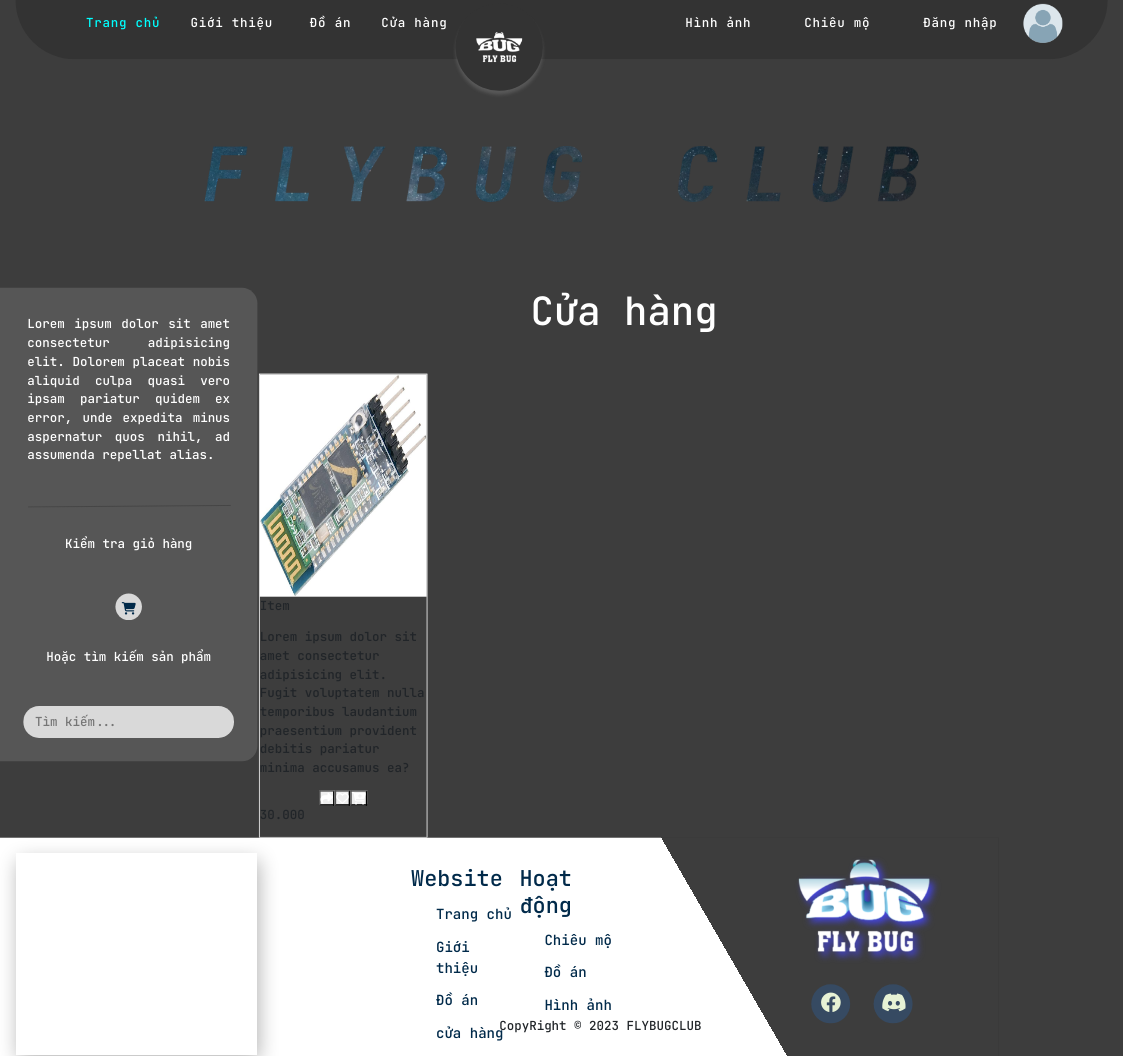
Repository: NQD2308/FlyBugClub_WebApp
Page: PROJECT FLYNUG/html/store.html
These files come from the project's save history. The page is drawn as it stood at one moment and after the next save; the edit follows.
The browser window is 1280 px wide. The page is 1440 px wide, so the pictures cover 1440 px, including what lies to the right of the window. The pictures show the whole page, at 78% of full size.
Pictures or frames that could not be fetched are drawn as grey boxes.

Above is the page before, as saved 2023-09-18 10:50:11.

### PROJECT FLYNUG/html/store.html
<html lang="en">

<head>
    <meta charset="UTF-8">
    <meta name="viewport" content="width=device-width, initial-scale=1.0">
    <title>Document</title>

    <!-- Bootrap 5 -->
    <link href="https://cdn.jsdelivr.net/npm/bootstrap@5.0.2/dist/css/bootstrap.min.css" rel="stylesheet" integrity="sha384-EVSTQN3/azprG1Anm3QDgpJLIm9Nao0Yz1ztcQTwFspd3yD65VohhpuuCOmLASjC" crossorigin="anonymous">

    <!-- Font awesome -->
    <link rel="stylesheet" href="https://cdnjs.cloudflare.com/ajax/libs/font-awesome/6.4.2/css/all.min.css" integrity="sha512-z3gLpd7yknf1YoNbCzqRKc4qyor8gaKU1qmn+CShxbuBusANI9QpRohGBreCFkKxLhei6S9CQXFEbbKuqLg0DA==" crossorigin="anonymous" referrerpolicy="no-referrer" />

    <!-- CSS -->
    <link rel="stylesheet" href="../css/style.css">
    <!-- Reset -->
    <link rel="stylesheet" href="../css/default_setting.css">

    <!-- JetBrains Mono font -->
    <link rel="preconnect" href="https://fonts.googleapis.com">
    <link rel="preconnect" href="https://fonts.gstatic.com" crossorigin>
    <link
        href="https://fonts.googleapis.com/css2?family=JetBrains+Mono:ital,wght@0,300;0,500;0,600;0,700;0,800;1,400&display=swap"
        rel="stylesheet">
</head>

<body>
    <!-- ========================
                #HEADER
        ========================-->
    <header>
        <div class="nav">
            <div class="nav__links">
                <ul class="nav__links-left">
                    <li><a class="active" href="#">Trang chủ</a></li>
                    <li><a href="#">Giới thiệu</li>
                    <li><a href="#">Đồ án</a></li>
                    <li><a href="#">Cửa hàng</a></li>
                </ul>
            </div>
            <div class="logo">
                <img src="../img/logo.png" alt="FlyBug logo">
            </div>
            <div class="nav__links">
                <ul class="nav__links-right">
                    <li><a href="#">Hình ảnh</a></li>
                    <li><a href="#">Chiêu mộ</a></li>
                    <li class="login"><a href="#">Đăng nhập</a></li>
                    <li class="login-Img">
                        <a href="#"><img src="../img/user.png" alt=""></a>
                    </li>
                </ul>
            </div>
        </div>
        <div class="text-logo">
            <img  src="../img/FLYBUG CLUB.png" alt="Photo logo">
        </div>
    </header>

    <section class="body">
        <div class="container">
            <div class="row">
                <div class="col col-md-3 left">
                    <div class="search">
                        <div class="store-note">
                            <p>Lorem ipsum dolor sit amet consectetur adipisicing elit. Dolorem placeat nobis aliquid culpa quasi vero ipsam pariatur quidem ex error, unde expedita minus aspernatur quos nihil, ad assumenda repellat alias.</p>
                        </div>
                        <div class="center">
                            <svg xmlns="http://www.w3.org/2000/svg" width="261" height="4" viewBox="0 0 261 4" fill="none">
                                <path d="M1 2.96216L260.993 0.99995" stroke="#3D3D3D" stroke-opacity="0.8"/>
                            </svg>
                        </div>
                        <div class="shopping-function">
                            <p>Kiểm tra giỏ hàng</p>
                            <div class="center ">
                                <button class="icon-shopping">
                                    <a href="#">
                                        <i class="fa-solid fa-cart-shopping"></i>
                                    </a>
                                </button>
                            </div>
                            <p>Hoặc tìm kiếm sản phẩm</p>
                            <div class="center">
                                <input type="text" placeholder="Tìm kiếm...">
                            </div>
                        </div>
                    </div>
                </div>
                <div class="col col-md-9 right">
                    <div class="store">
                        <h1>Cửa hàng</h1>
                        <div class="item-store">
                            <div class="row">
                                <div class="col col-md-3">
                                    <div class="item-card">
                                        <img src="../img/bluth.jpg" alt="Photo item store">
                                        <p>Item</p>
                                        <p>Lorem ipsum dolor sit amet consectetur adipisicing elit. Fugit voluptatem nulla temporibus laudantium praesentium provident debitis pariatur minima accusamus ea?</p>
                                        <div class="center">
                                            <button class="icon-share">
                                                <a href="#">
                                                    <i class="fa-solid fa-share"></i>
                                                </a>
                                            </button>
                                            <button class="icon-love">
                                                <a href="#">
                                                    <i class="fa-regular fa-heart"></i>
                                                </a>
                                            </button>
                                            <button class="icon-share">
                                                <a href="#">
                                                    <i class="fa-solid fa-cart-plus"></i>
                                                </a>
                                            </button>
                                        </div>
                                        <div class="item-price">
                                            <p>30.000</p>
                                        </div>
                                    </div>
                                </div>
                            </div>
                        </div>
                    </div>
                </div>
            </div>
        </div>
    </section>

 <!-- ========================
                #FOOTER
        ========================-->
    <footer class="footer">
        <div class="footer-left">
            <iframe class="ggmap" src="https://www.google.com/maps/embed?pb=!1m18!1m12!1m3!1d15678.190787267133!2d106.64595238715819!3d10.769299600000005!2m3!1f0!2f0!3f0!3m2!1i1024!2i768!4f13.1!3m3!1m2!1s0x31752f7c8bf050ff%3A0x4fa87595d124cc0c!2zVHLGsOG7nW5nIMSQ4bqhaSBo4buNYyBIb2EgU2VuIC0gQ8ahIHPhu58gVGjDoG5oIFRow6Fp!5e0!3m2!1svi!2s!4v1691345035899!5m2!1svi!2s" width="500" height="250" style="border:1;" allowfullscreen="" loading="lazy" referrerpolicy="no-referrer-when-downgrade"></iframe>
        </div>
        <ul class="footer-center">
            <li>
                <h3>Website</h3>

                <ul class="box">
                    <li><a href="#">Trang chủ</a></li>
                    <li><a href="#">Giới thiệu</a></li>
                    <li><a href="#">Đồ án</a></li>
                    <li><a href="#">cửa hàng</a></li>
                </ul>
            </li>
            <li>
                <h3>Hoạt động</h3>

                <ul class="box">
                    <li><a href="#">Chiêu mộ</a></li>
                    <li><a href="#">Đồ án</a></li>
                    <li><a href="#">Hình ảnh</a></li>
                </ul>
            </li>
        </ul>
        <div class="footer-right">
            <div class="img-logo">
                <img src="../img/flybug.png" alt="">
            </div>
            <div class="socials">
                <a href="#"><i class="fa-brands fa-facebook"></i></a>
                <a href="#"><i class="fa-brands fa-discord"></i></a>
            </div>
        </div>

        <div class="footer-bottom">
            <p>CopyRight &copy; 2023 FLYBUGCLUB</p>
        </div>
    </footer>

</body>

</html>

### PROJECT FLYNUG/css/style.css
li,
a,
button {
    list-style: none;
    font-family: 'JetBrains Mono', monospace;
    font-size: 16px;
    text-decoration: none;
    color: #fff;
    cursor: url(../img/bug-icon.png) 5 5, auto !important;
}
body {
    cursor: url(../img/bug-icon.png) 5 5, auto !important;
}
a {
    cursor: url(../img/bug-icon.png) 5 5, auto;
}
body {
    background-color: #3d3d3d;
}

/* =========================
        #HEADER
    =========================*/
header {
    /* position: fixed; */
    width: 1440px;
    /* height: 80px; */
    /* border-bottom: 1px solid #00000026; */




    /* backdrop-filter: blur(20px); */
}

header .nav {
    width: 1400px;
    margin: 0 auto;
    max-width: 100%;
    background: #333;
    border-radius: 0px 0px 80px 80px;
    display: flex;
    justify-content: space-between;
    align-items: center;
    padding: 0 3%;
    top: 0%;
    z-index: 10;
    box-shadow: rgba(0, 0, 0, 0.3) 2.72076px ;
    /* border: 1px solid red; */
}

header .nav ul {
    display: flex;
    align-items: center;
}

header .nav ul li {
    margin: 5px 15px;
    letter-spacing: 1px;
}

header .nav .logo {
    /* border: 1px solid red; */
    width: 7rem;
    height: 7rem;
    position: absolute;
    left: 50%;
    transform: translate(-50%, 20%);
    background-color: #333;
    overflow: hidden;
    border-radius: 100%;
    box-shadow: 0 5px 5px rgba(204, 204, 204, .2);
}

header .logo img {
    width: 100%;
    height: 100%;
    object-fit: cover;
}

header .nav__links {
    width: 40%;
    height: 100%;
}
header .nav__links ul li a{
    transition: .3s ease;
}
header .nav__links ul > li:hover a{
    color: aqua;
}
header .nav__links-left,
header .nav__links-right {
    justify-content: space-between;
}

.active {
    color: aqua;
}

.nav__links-right li:last-child {
    width: 50px;
    height: 50px;
}

header .nav__links-right {
    margin-left: -20px;
}

header .nav__links-right .login-img {
    margin-left: -20px;
}

header .text-logo{
    display: flex;
    justify-content: center;
    width: 1440px;
    background-color: #3d3d3d;
    /* border: 1px solid white; */
    padding: 110px 0;
}

/* ================================ */
/* ============= BODY ============= */
/* ================================ */

/*  @############ LEFT ############@ */

section.body .container{
    max-width: 1440px;
}
section.body .left{
    padding-left: 0;
}

section.body .search{
    width: 330px;
    background-color: #565656;
    border-radius: 0 20px 20px 0;
    position: relative;
    left: 0;
}

.body .search store-note{
    display: flex;
    justify-content: center;
}

.body .search p{
    color: #FFF;
    text-align: justify;
    padding: 35px;
}

.body .search .shopping-function p{
    text-align: center;
}

.body .search .shopping-function button.icon-shopping{
    width: 34px;
    height: 34px;
    border-radius: 50%;
    background-color: #D9D9D9;
    border: none;
}

.body .search .shopping-function .icon-shopping i{
    display: flex;
    justify-content: center;
    width: 24px;
    color: #012A4A;
    transition: all .25s ease-in;
    /* border: 1px solid orange; */
    border-radius: 50%;
    padding: 10px 16px 6px 17px;
}

.body .search .shopping-function button.icon-shopping:hover i{
    color: orange;
    transition: all .25s ease-in;
}

.body .search .shopping-function input{
    width: 270px;
    padding: 10px 15px;
    border-radius: 20px;
    border: none;
    background-color: #D9D9D9;
    margin-bottom: 30px;
}

/*  @############ RIGHT ############@ */

.body .right .store h1{
    color: white;
    text-align: center;
    font-size: 50px;
    margin-bottom: 50px;
}

.body .right .store .item-card{
    /* width: 275px; */
    border: white 1px solid;
}

.body .right .store img {
    width: 275px;
    height: 285px;
}


/* =========================
        #FOOTER
         background-image: linear-gradient(60deg, white 70%, #3d3d3d 25%);
    =========================*/
footer {
    /* width: 100%; */
    position: relative;
    height: 280px;
    background-color: #333;
    background-image: linear-gradient(60deg, white 70%, #3d3d3d 25%);

    display: flex;
    flex-flow: row wrap;
    justify-content: space-between;
    padding: 20px;
    overflow: hidden;
}

.footer>* {
    width: calc(100% / 4);
}

.footer ul li,
.footer ul li a {
    color: #012A4A;
    font-size: 18px;
}

.footer-left {
    margin-right: 1.25em;
    margin-bottom: 2em;
    box-shadow: rgba(0, 0, 0, 0.3) 2.72076px 8px 24px;
}

.footer-left iframe {
    border-radius: 5px;
}

.footer-center {
    display: flex;
    flex-flow: row wrap;
    justify-content: space-between;
}

.footer-center>* {
    width: calc(100% / 2);
}

.footer-center li {
    margin: 15px 0;
}

.footer-center .box li a {
    transition: .3s ease;
}

.footer-center .box>li:hover a {
    margin-left: 10px;
    color: #4444dd;
    font-weight: bold;
}

.footer-right {
    height: 100%;
    margin: -10px 0;
    display: flex;
    align-items: center;
    flex-flow: row wrap;
    justify-content: center;
}

.footer-right .img-logo {
    width: 100%;
    display: flex;
    justify-content: center;
}

.footer-right img {
    width: 60%;
    filter: drop-shadow(5px 5px 5px #4444dd);
}

.socials a {
    background: #364a62;
    width: 50px;
    height: 50px;
    display: inline-block;
    text-align: center;
    margin: 0 10px;
    border-radius: 100%;
    transition: 0.4s ease;
}

.socials a i {
    color: #e7f2d4;
    padding: 10px;
    font-size: 26px;
}

.socials>a:first-child:hover {
    background-color: #4267B2;
    transform: rotate(1turn);
}

.socials>a:last-child:hover {
    background-color: #7289da;
    transform: rotate(1turn);
}

.footer-bottom {
    position: absolute;
    bottom: 10;
    left: 50%;
}


.main  {
    height: 100vh;
}

### PROJECT FLYNUG/css/default_setting.css
html {
  max-width: 1440px;
  margin: auto;
	line-height: 1.5;
	box-sizing: border-box;
	scroll-behavior: smooth;
  }
  * {
	margin: 0;
	padding: 0;
  font-family: 'JetBrains Mono', monospace;
  }
  *,
  *:before,
  *:after {
	box-sizing: border-box;
  }
  input,
  textarea,
  select,
  button {
	outline: none;
	font: inherit;
  }
  input {
	line-height: normal;
  }
  label,
  button {
	cursor: pointer;
	user-select: none !important;
  }
  ul {
	list-style: none;
  }
  a {
	text-decoration: none;
  }
  img,
  picture,
  video,
  canvas,
  svg {
	display: block;
	max-width: 100%;
	user-select: none !important;
  }

  p,
  h1,
  h2,
  h3,
  h4,
  h5,
  h6 {
	overflow-wrap: break-word;
  }

  /* Mobie: width < 740px */
  @media only screen and (max-width: 46.1875em) {
    input[type="color"],
    input[type="date"],
    input[type="datetime"],
    input[type="datetime-local"],
    input[type="email"],
    input[type="month"],
    input[type="number"],
    input[type="password"],
    input[type="search"],
    input[type="tel"],
    input[type="text"],
    input[type="time"],
    input[type="url"],
    input[type="week"],
    select:focus,
    textarea {
      font-size: 16px;
    }
  }

  .center{
    display: flex;
    justify-content: center;
  }

After the next save:
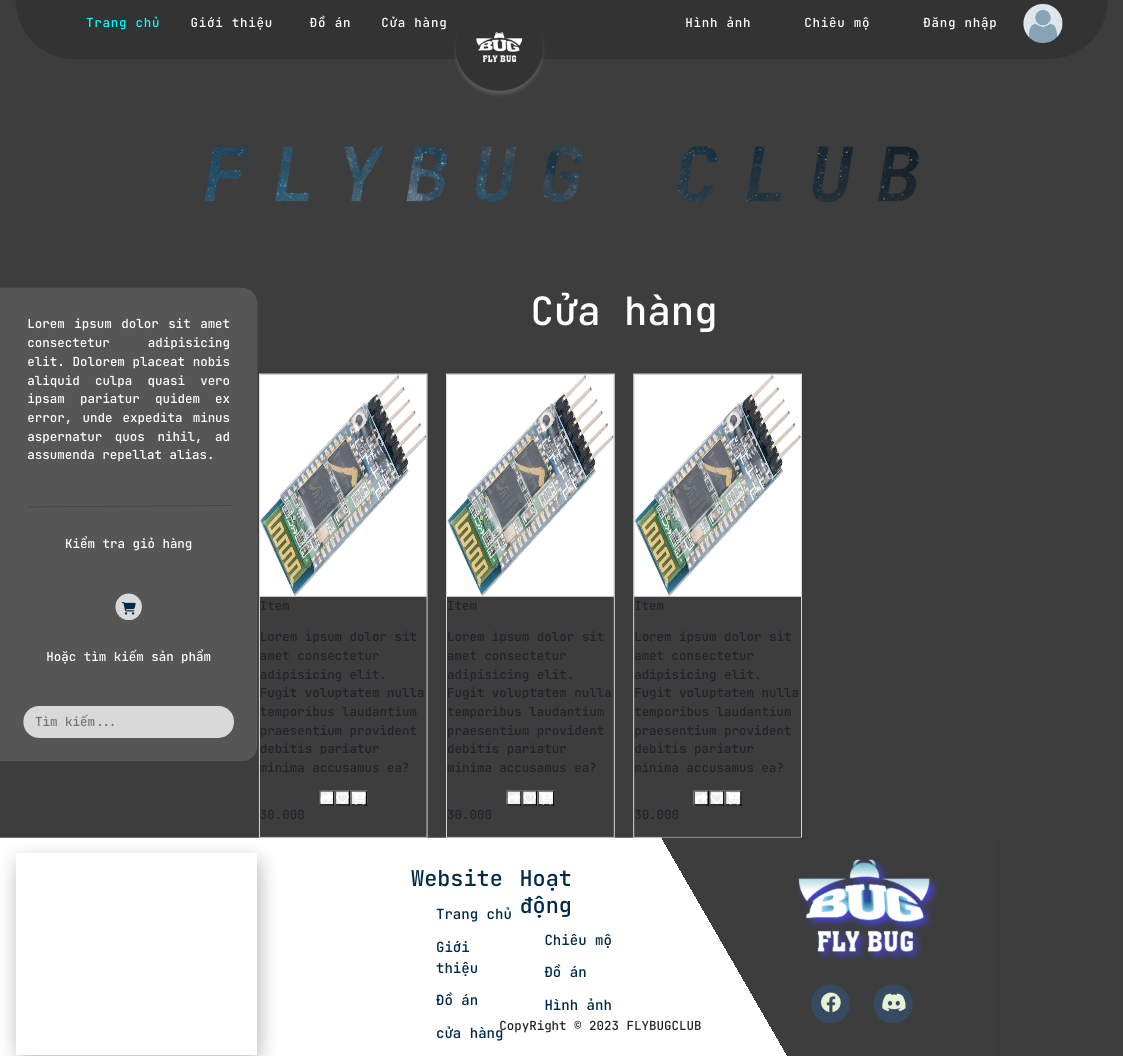
Saved 50 s later.
--- a/PROJECT FLYNUG/html/store.html
+++ b/PROJECT FLYNUG/html/store.html
@@ -118,6 +118,60 @@
                                         </div>
                                     </div>
                                 </div>
+                                <div class="col col-md-3">
+                                    <div class="item-card">
+                                        <img src="../img/bluth.jpg" alt="Photo item store">
+                                        <p>Item</p>
+                                        <p>Lorem ipsum dolor sit amet consectetur adipisicing elit. Fugit voluptatem nulla temporibus laudantium praesentium provident debitis pariatur minima accusamus ea?</p>
+                                        <div class="center">
+                                            <button class="icon-share">
+                                                <a href="#">
+                                                    <i class="fa-solid fa-share"></i>
+                                                </a>
+                                            </button>
+                                            <button class="icon-love">
+                                                <a href="#">
+                                                    <i class="fa-regular fa-heart"></i>
+                                                </a>
+                                            </button>
+                                            <button class="icon-share">
+                                                <a href="#">
+                                                    <i class="fa-solid fa-cart-plus"></i>
+                                                </a>
+                                            </button>
+                                        </div>
+                                        <div class="item-price">
+                                            <p>30.000</p>
+                                        </div>
+                                    </div>
+                                </div>
+                                <div class="col col-md-3">
+                                    <div class="item-card">
+                                        <img src="../img/bluth.jpg" alt="Photo item store">
+                                        <p>Item</p>
+                                        <p>Lorem ipsum dolor sit amet consectetur adipisicing elit. Fugit voluptatem nulla temporibus laudantium praesentium provident debitis pariatur minima accusamus ea?</p>
+                                        <div class="center">
+                                            <button class="icon-share">
+                                                <a href="#">
+                                                    <i class="fa-solid fa-share"></i>
+                                                </a>
+                                            </button>
+                                            <button class="icon-love">
+                                                <a href="#">
+                                                    <i class="fa-regular fa-heart"></i>
+                                                </a>
+                                            </button>
+                                            <button class="icon-share">
+                                                <a href="#">
+                                                    <i class="fa-solid fa-cart-plus"></i>
+                                                </a>
+                                            </button>
+                                        </div>
+                                        <div class="item-price">
+                                            <p>30.000</p>
+                                        </div>
+                                    </div>
+                                </div>
                             </div>
                         </div>
                     </div>
